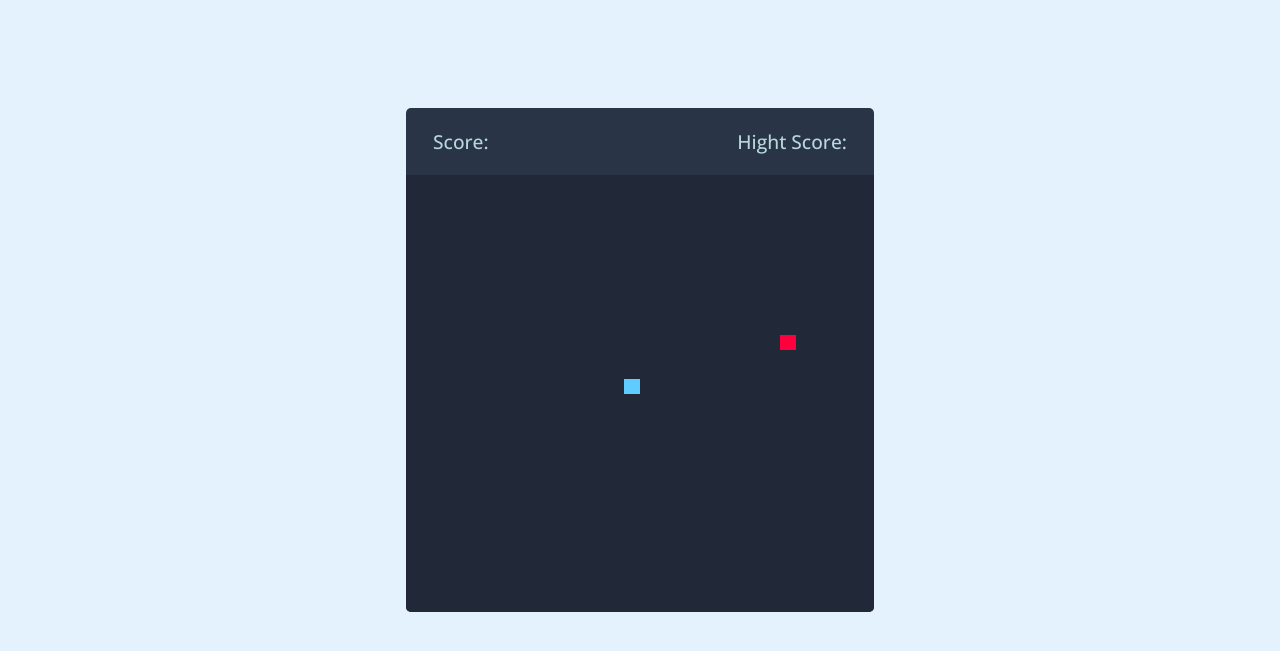
Repository: litaiqiang1407/JS
Page: Snake Game/index.html
The author's editor kept a copy of each file at every save. The page is drawn from the files as they stood at one save, then again after the next save.
The browser window is 1280 px wide. The pictures show the whole page.

Above is the page before, as saved 2023-05-16 20:09:07.

After the next save:
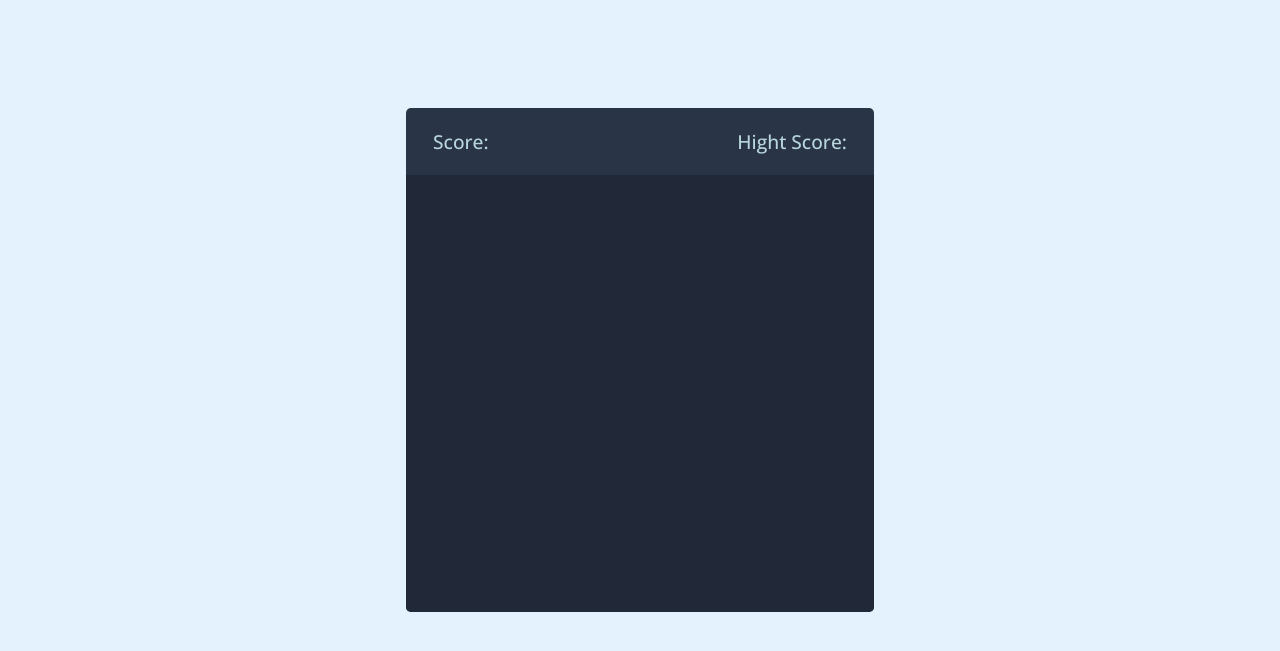
Console error: SyntaxError: Unexpected token '.'
Saved 3 min 21 s later.
--- a/Snake Game/script.js
+++ b/Snake Game/script.js
@@ -39,6 +39,11 @@
     snakeBody.push([foodX, foodY]);
   }
 
+for (let snakeBody.length - 1;  < array.length; ++) {
+    const element = array[];
+
+}
+
   snakeBody[0] = [snakeX, snakeY];
 
   snakeX += velocityX;

After the save that followed:
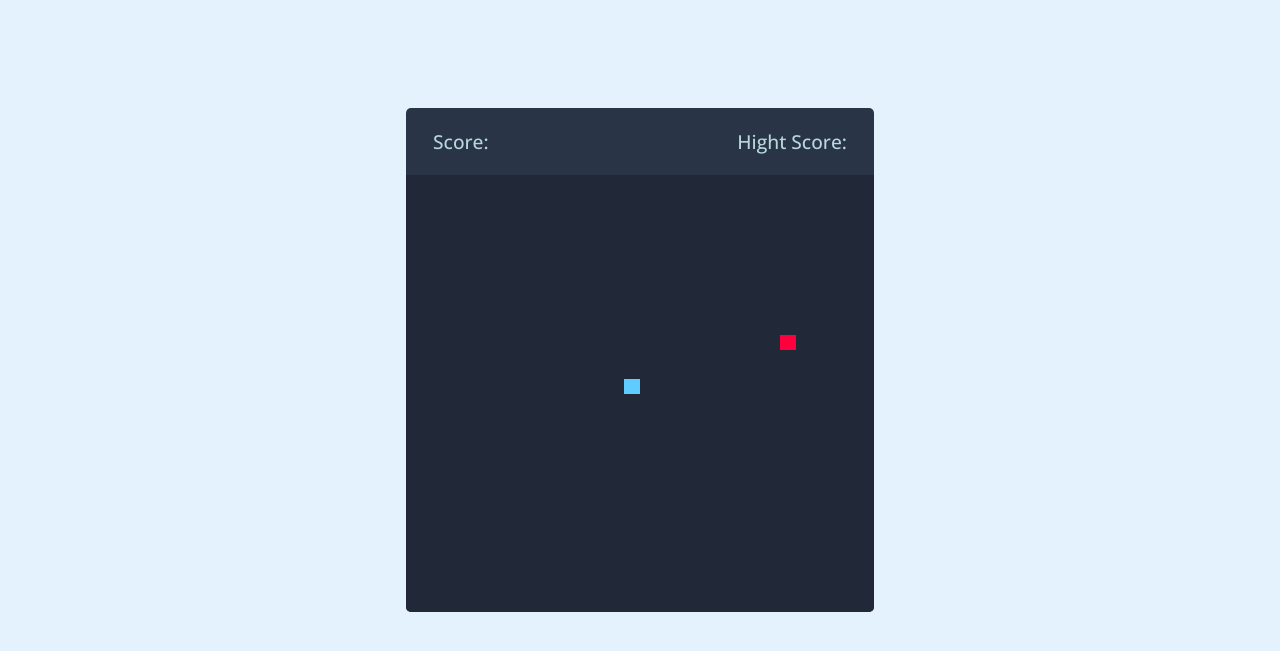
The error is gone.
Saved 60 s later.
--- a/Snake Game/script.js
+++ b/Snake Game/script.js
@@ -39,10 +39,9 @@
     snakeBody.push([foodX, foodY]);
   }
 
-for (let snakeBody.length - 1;  < array.length; ++) {
-    const element = array[];
-
-}
+  for (let i = snakeBody.length - 1; i > 0; i--) {
+    snakeBody[i] = snakeBody[i - 1];
+  }
 
   snakeBody[0] = [snakeX, snakeY];
 
